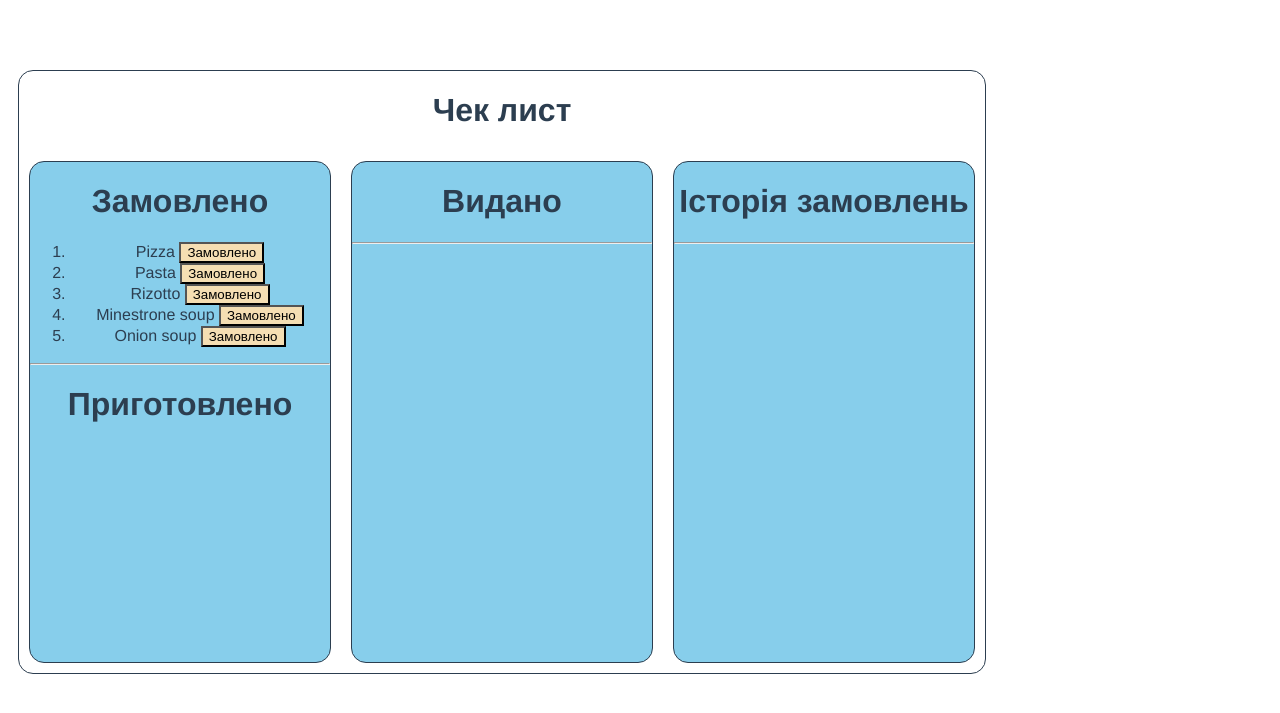
Repository: Salexandraa/HOME_Subotina
Page: / (app in order-list/)
These files come from the project's save history. The page is drawn as it stood at one moment and after the next save; the edit follows.
The browser window is 1280 px wide. The pictures show the whole page.
The project was rebuilt for these pictures with package versions that can differ from the ones it lists, and the page was loaded fresh each time.

Above is the page before, as saved 2020-10-10 16:14:15.

After the next save:
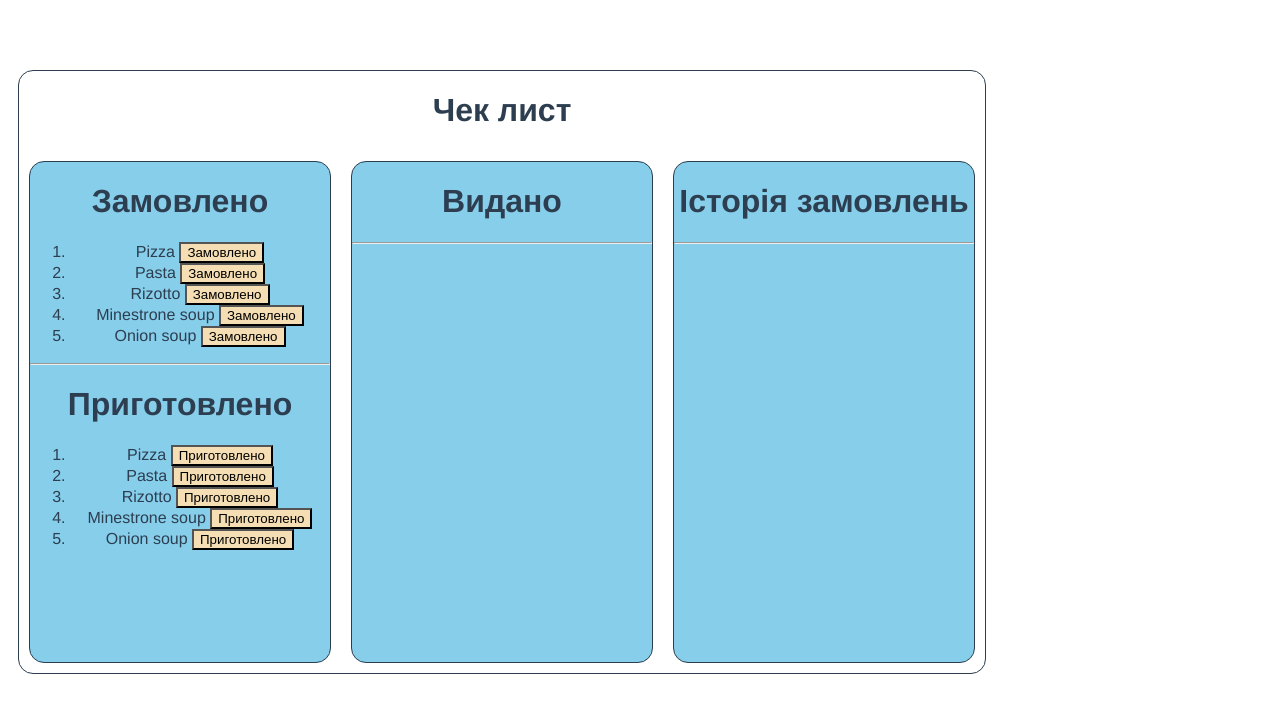
Saved 23 s later.
--- a/order-list/src/components/CheckList/Reserved/index.vue
+++ b/order-list/src/components/CheckList/Reserved/index.vue
@@ -19,7 +19,7 @@
     </div>
     <div>
       <ol>
-        <li v-for="(item, ind) in listDishesPrepare" :key="ind">
+        <li v-for="(item, ind) in listDishes" :key="ind">
           {{item.name}}
           <button class="checkIn" @click="$emit('prepare', index)">
             Приготовлено

After the save that followed:
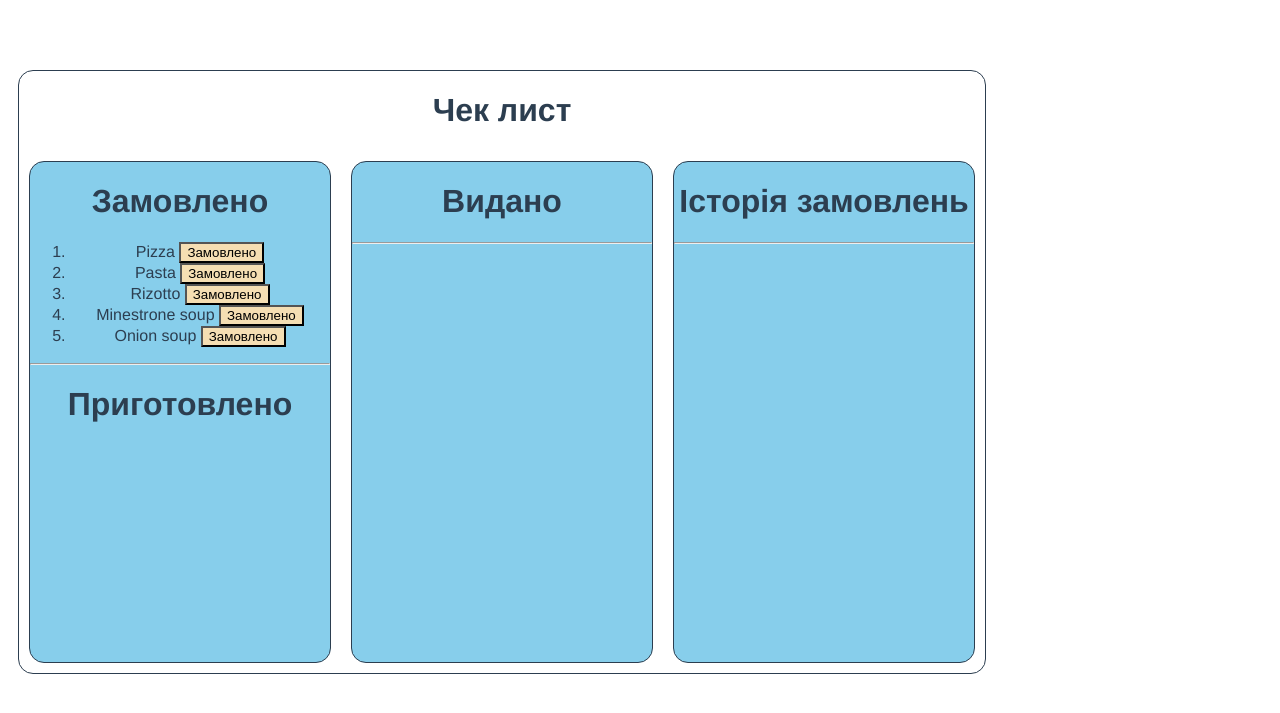
Saved 11 s later.
--- a/order-list/src/components/CheckList/Reserved/index.vue
+++ b/order-list/src/components/CheckList/Reserved/index.vue
@@ -19,7 +19,7 @@
     </div>
     <div>
       <ol>
-        <li v-for="(item, ind) in listDishes" :key="ind">
+        <li v-for="(item, ind) in listDishesPrepare" :key="ind">
           {{item.name}}
           <button class="checkIn" @click="$emit('prepare', index)">
             Приготовлено
